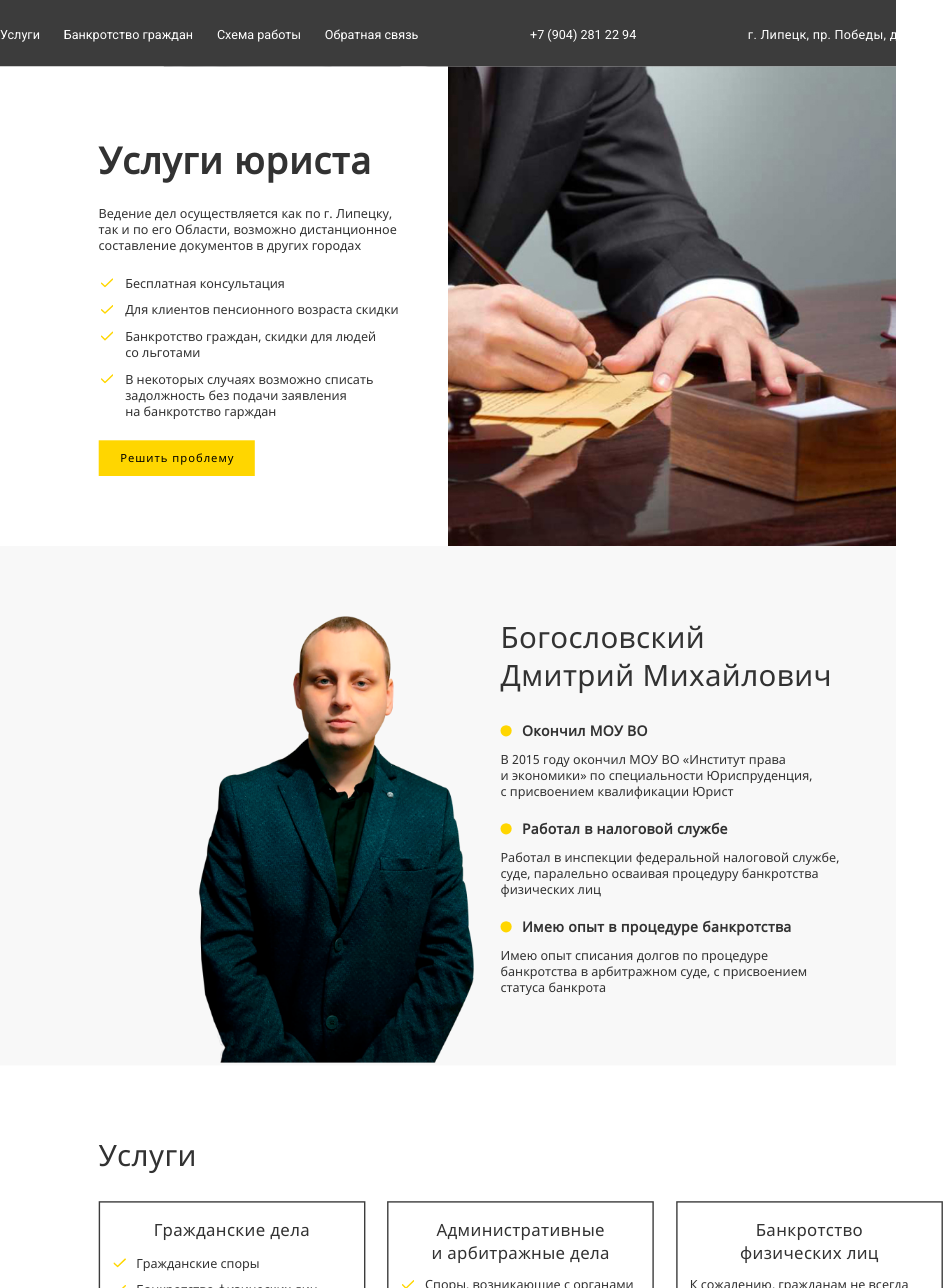
Repository: Nisovaki/antei
Page: http://localhost/
These files come from the project's save history. The page is drawn as it stood at one moment and after the next save; the edit follows.
The browser window is 1280 px wide. The page is 1347 px wide, so the pictures cover 1347 px, including what lies to the right of the window. The pictures show the part of the page from y = 0 to 1840 px (the page is 6036 px tall), at 70% of full size.
The page is run by PHP 8.4 with error messages shown; the project is at /var/www/html/. Style sheets and scripts are compiled from the project's sources, by tool versions that may differ from the author's.

Above is the page before, as saved 2022-03-19 11:48:27.

After the next save:
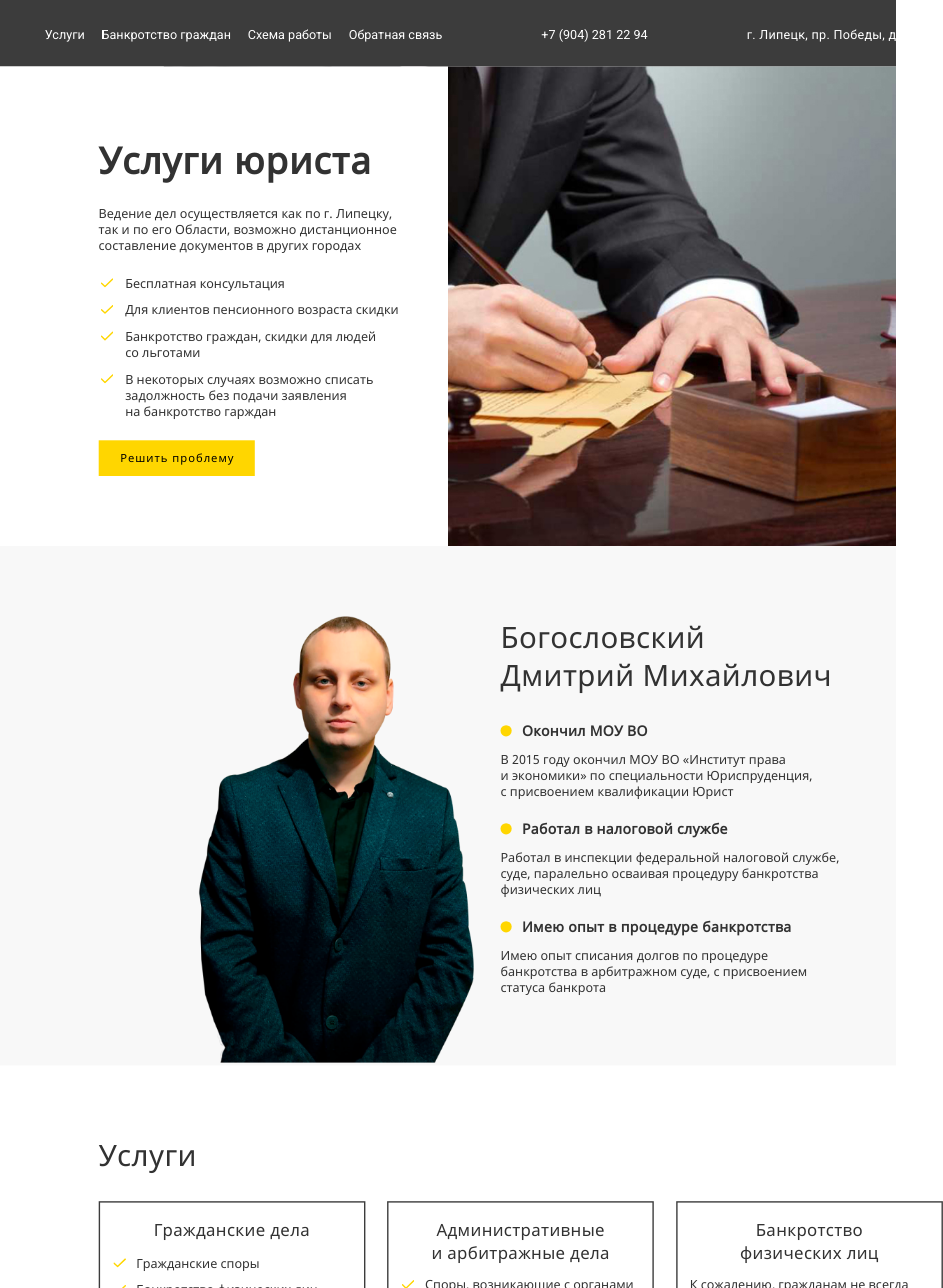
Saved 13 min 44 s later.
--- a/sass/block/_navbar.sass
+++ b/sass/block/_navbar.sass
@@ -9,6 +9,7 @@
 	&-block
 		display: flex
 		justify-content: space-between
+		margin-left: 5%
 	&-list
 		display: flex
 		justify-content: space-between
